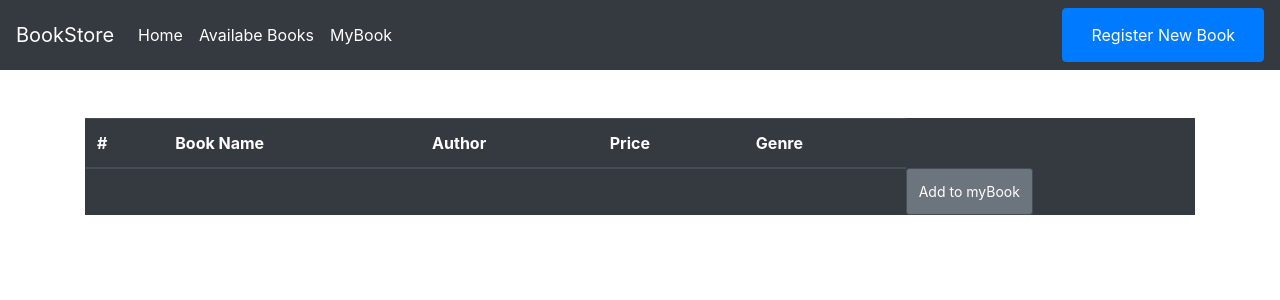
Repository: Sumanta-Sahoo/BookStoreApp
Page: http://localhost/availabeBooks
These files come from the project's save history. The page is drawn as it stood at one moment and after the next save; the edit follows.
The browser window is 1280 px wide. The pictures show the whole page.
The page is this project's Thymeleaf template; nobody is signed in. The template is opened directly, without the code that normally fills it, so the values that code supplies are empty.

Above is the page before, as saved 2024-03-18 23:56:55.

After the next save:
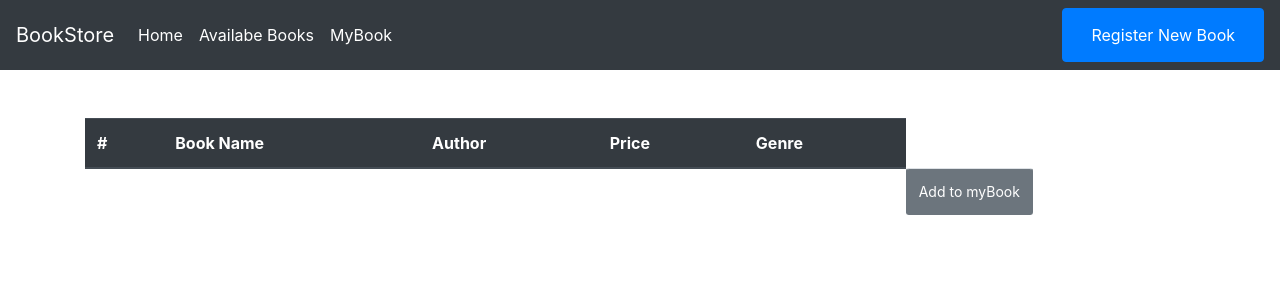
Saved 41 s later.
--- a/bookstore/src/main/resources/templates/availabeBooks.html
+++ b/bookstore/src/main/resources/templates/availabeBooks.html
@@ -43,8 +43,8 @@
 
 
 	<div class="container my-5 md-6">
-		<table class="table table-dark">
-			<thead>
+		<table class="table">
+			<thead class="thead-dark">
 				<tr>
 					<th scope="col">#</th>
 					<th scope="col">Book Name</th>
